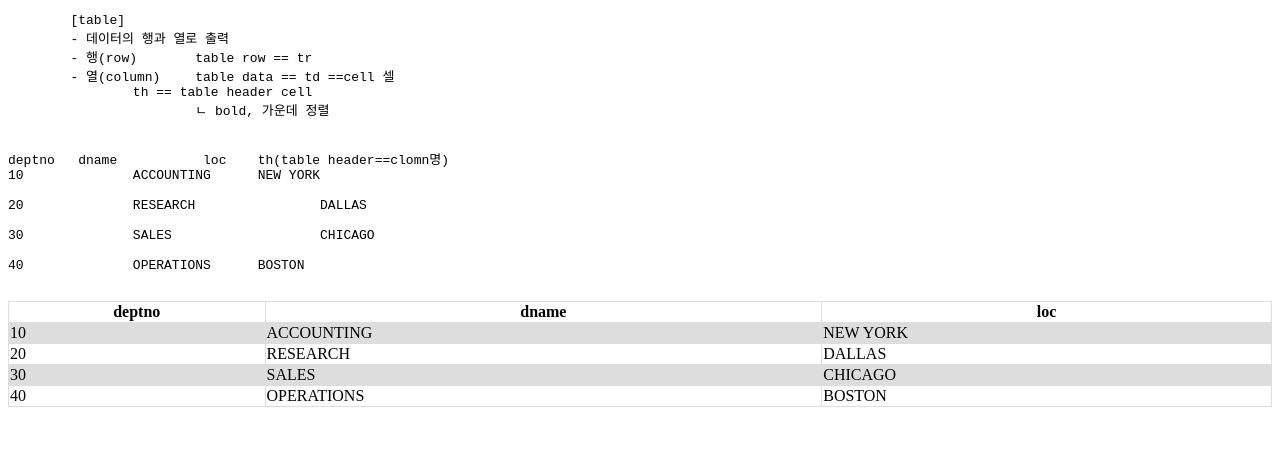
Repository: donggri1/WORKSPACE
Page: WebClass/webPro/src/main/webapp/html/days03/ex07.html
An editor plug-in stored every save of this project. The page is shown before and after the next save, followed by the edit.
The browser window is 1280 px wide. The pictures show the whole page.

Above is the page before, as saved 2024-03-26 03:43:37.

### WebClass/webPro/src/main/webapp/html/days03/ex07.html
<!DOCTYPE html>
<html>
<head>
<meta charset="UTF-8">
<title>Insert title here</title>
<link rel="shortcut icon" type="image/x-icon" href="http://localhost/webPro/images/SiSt.ico">
<style>
	th,td{
		/* border: solid 1px black; */
		border: 1px solid #DDD;
	}
	table{
		/* background-color: #96D4D4; */
		/* border-spacing: 10px; */
		width: 100%;
		border-collapse: collapse;

	}
	th,td{
		/* background-color: #96d4d4; */
	}
</style>
<style>
 tr:nth-child(even){
 	background-color: #ddd;
 }
</style>

</head>
<body>
<pre>
	[table]
	- 데이터의 행과 열로 출력
	- 행(row)	table row == tr
	- 열(column)	table data == td ==cell 셀
		th == table header cell
			ㄴ bold, 가운데 정렬


deptno   dname           loc	th(table header==clomn명)
10		ACCOUNTING   	NEW YORK<br>
20		RESEARCH   		DALLAS<br>
30 		SALES   		CHICAGO<br>
40		OPERATIONS  	BOSTON<br>
</pre>


<!-- table 태그의 cellspacing속성 cellpadding 속성
 <table cellspacing="10px" cellpadding = "20px" > -->
<table>
 <tr>
  <th >deptno</th>
  <th >dname</th>
  <th >loc</th>
 </tr>

 <tr>
 	<td>10</td>
 	<td>ACCOUNTING</td>
 	<td>NEW YORK</td>
 </tr>
  <tr>
 	<td>20</td>
 	<td>RESEARCH</td>
 	<td>DALLAS</td>
 </tr>
  <tr>
 	<td>30</td>
 	<td>SALES</td>
 	<td>CHICAGO</td>
 </tr>
  <tr>
 	<td>40</td>
 	<td>OPERATIONS</td>
 	<td>BOSTON</td>
 </tr>
</table>


<!-- <table border="2" width=""> -->
<!-- <table border="2" style="width:100%">
 <tr>
  <th width="20%">deptno</th>
  <th width="50%">dname</th>
  <th width="30%">loc</th>
 </tr>

 <tr>
 	<td>10</td>
 	<td>ACCOUNTING</td>
 	<td>NEW YORK</td>
 </tr>
  <tr>
 	<td>20</td>
 	<td>RESEARCH</td>
 	<td>DALLAS</td>
 </tr>
  <tr>
 	<td>30</td>
 	<td>SALES</td>
 	<td>CHICAGO</td>
 </tr>
  <tr>
 	<td>40</td>
 	<td>OPERATIONS</td>
 	<td>BOSTON</td>
 </tr>
</table> -->





</body>
</html>

After the next save:
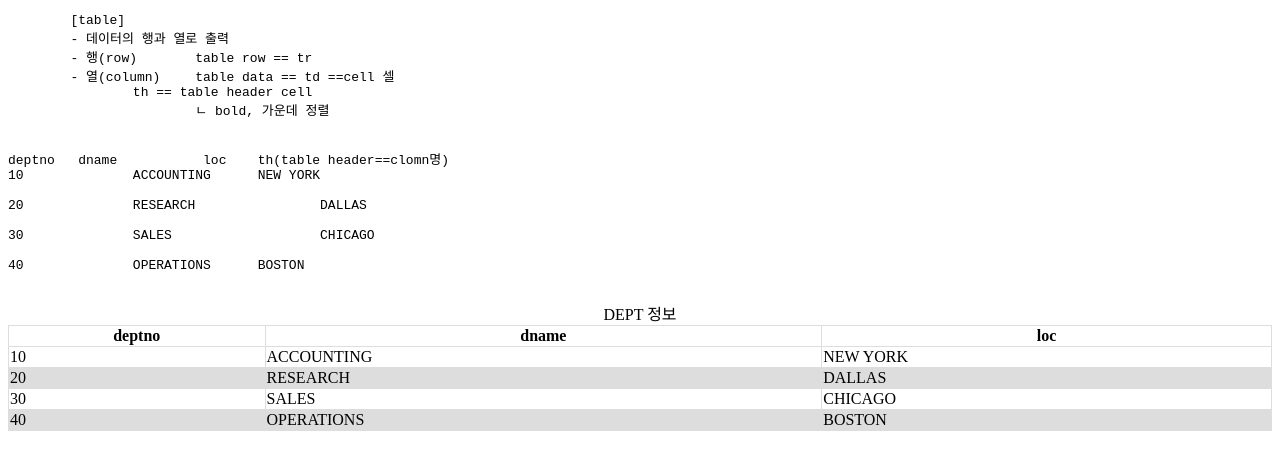
Saved 2 min 34 s later.
--- a/WebClass/webPro/src/main/webapp/html/days03/ex07.html
+++ b/WebClass/webPro/src/main/webapp/html/days03/ex07.html
@@ -48,12 +48,16 @@ deptno   dname           loc	th(table header==clomn명)
 <!-- table 태그의 cellspacing속성 cellpadding 속성
  <table cellspacing="10px" cellpadding = "20px" > -->
 <table>
- <tr>
+ <caption>DEPT 정보</caption>
+ <thead>
+  <tr >
   <th >deptno</th>
   <th >dname</th>
   <th >loc</th>
  </tr>
+ </thead>
 
+ <tbody>
  <tr>
  	<td>10</td>
  	<td>ACCOUNTING</td>
@@ -74,6 +78,12 @@ deptno   dname           loc	th(table header==clomn명)
  	<td>OPERATIONS</td>
  	<td>BOSTON</td>
  </tr>
+ </tbody>
+
+ <tfoot>
+ </tfoot>
+
+
 </table>
 
 
